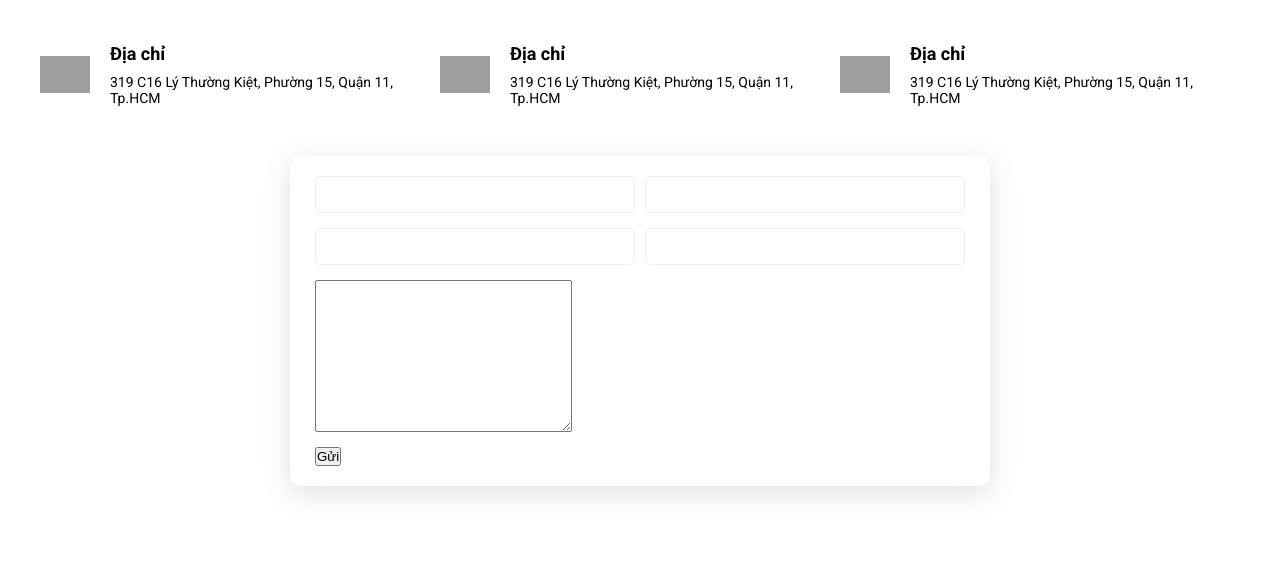
Repository: web345/WEBNANGCAO-clock-
Page: contact.html
An editor plug-in stored every save of this project. The page is shown before and after the next save, followed by the edit.
The browser window is 1280 px wide. The pictures show the part of the page from y = 678 to 1264 px (the page is 1264 px tall).
Pictures or frames that could not be fetched are drawn as grey boxes. Some web libraries are served in a nearby version.

Above is the page before, as saved 2021-09-10 20:27:20.

### contact.html
<!DOCTYPE html>
<html lang="en">
  <head>
    <meta charset="UTF-8" />
    <meta http-equiv="X-UA-Compatible" content="IE=edge" />
    <meta name="viewport" content="width=device-width, initial-scale=1.0" />
    <title>Document</title>
    <link rel="preconnect" href="https://fonts.gstatic.com" />
    <link
      href="https://fonts.googleapis.com/css2?family=Roboto:ital,wght@0,100;0,300;0,400;0,500;0,700;0,900;1,100;1,300;1,400;1,500;1,700;1,900&display=swap"
      rel="stylesheet"
    />
    <link rel="stylesheet" href="./CSS/index.css" />
    <link rel="stylesheet" href="./CSS/contact.css" />
    <link
      rel="stylesheet"
      href="https://cdnjs.cloudflare.com/ajax/libs/font-awesome/5.15.3/css/all.min.css"
    />
    <!-- thư viện slick slider  -->
    <link
      rel="stylesheet"
      type="text/css"
      href="//cdn.jsdelivr.net/npm/slick-carousel@1.8.1/slick/slick.css"
    />
  </head>
  <body>
    <header>
      <div class="header-1">
        <div class="container">
          <div class="header-1-s">
            <div class="header-1-item-1">
              <p class="header-1-item-text-1">
                <i class="fas fa-map-marker-alt icon"></i> 319 - C16 Lý Thường
                Kiệt, P.15, Q.11, Tp.HCM
              </p>
              <p class="header-1-item-text-1">
                <i class="fas fa-phone-alt icon"></i>
                <a href="" class="header-1-item-text-link">076 922 0162</a>
              </p>
            </div>
            <div class="header-1-item-1">
              <p class="header-1-item-text-2">
                <a href="" class="header-1-item-text-link"
                  ><i class="fab fa-facebook-f"></i
                ></a>
              </p>
              <p class="header-1-item-text-2">
                <a href="" class="header-1-item-text-link"
                  ><i class="fab fa-instagram"></i
                ></a>
              </p>
              <p class="header-1-item-text-2">
                <a href="" class="header-1-item-text-link"
                  ><i class="fab fa-twitter"></i
                ></a>
              </p>
            </div>
          </div>
        </div>
      </div>

      <div class="header-2">
        <div class="container">
          <div class="header-2-s">
            <div class="header-2-logo">
              <img src="./logo/logo-mona-2.png" alt="" />
            </div>

            <div class="header-2-search">
              <input type="text" placeholder="Tìm kiếm" />
              <button type="submit"><i class="fas fa-search"></i></button>
            </div>

            <div class="header-2-right">
              <p class="header-2-right-text">
                <a href=""><i class="fas fa-heart"></i></a>
              </p>
              <p class="header-2-right-cart">
                <span class="header-2-right-number">0</span>
              </p>
            </div>
          </div>
        </div>
      </div>

      <!-- lam phan icon de dropmenu khi responsive -->
      <input type="checkbox" id="toggle-menu" />
      <label for="toggle-menu" class="header-icon-responsive">
        <i class="fas fa-bars" id="header-icon1"></i>
        <i class="fas fa-times" id="header-icon2"></i>
      </label>
      <div class="header-3">
        <div class="header-3-s">
          <ul class="header-3-list">
            <li class="header-3-list-item active">
              <a href="./index.html" class="header-3-list-item-link"
                >Trang chủ</a
              >
            </li>
            <li class="header-3-list-item">
              <a href="./introduce.html" class="header-3-list-item-link"
                >Giới thiệu</a
              >
            </li>
            <li class="header-3-list-item">
              <a href="./product-boy.html" class="header-3-list-item-link"
                >đồng hồ nam</a
              >
            </li>
            <li class="header-3-list-item">
              <a href="./product-girl.html" class="header-3-list-item-link"
                >đồng hồ nữ</a
              >
            </li>
            <li class="header-3-list-item">
              <a href="./news.html" class="header-3-list-item-link">blogs</a>
            </li>
            <li class="header-3-list-item">
              <a href="./contact.html" class="header-3-list-item-link"
                >liên hệ</a
              >
            </li>
            <li class="header-3-list-item">
              <a href="" class="header-3-list-item-link">Đăng nhập</a>
            </li>
            <li class="header-3-list-item header-3-list-item-mobile">
              <div class="header-3-list-item-search">
                <input
                  type="text"
                  name=""
                  id=""
                  class="header-3-list-item-search-input"
                  placeholder="Tìm kiếm"
                />
                <button class="header-3-list-item-search-btn" type="submit">
                  <i class="fas fa-search"></i>
                </button>
              </div>
            </li>
          </ul>
        </div>
      </div>
    </header>
    <!-- hết phần header  -->

    <div class="contact">
      <div class="container">
        <div class="contact-maps">
          <div class="contact__maps-epu">
            <iframe
              src="https://www.google.com/maps/embed?pb=!1m18!1m12!1m3!1d3723.657060482336!2d105.78272751429809!3d21.04640359255304!2m3!1f0!2f0!3f0!3m2!1i1024!2i768!4f13.1!3m3!1m2!1s0x3135abb158a2305d%3A0x5c357d21c785ea3d!2zVHLGsOG7nW5nIMSQ4bqhaSBo4buNYyDEkGnhu4duIEzhu7Fj!5e0!3m2!1svi!2s!4v1631268219230!5m2!1svi!2s"
              width="1200"
              height="450"
              style="border: 0"
              allowfullscreen=""
              loading="lazy"
            ></iframe>
          </div>
        </div>
        <div class="contact-list">
          <div class="contact-item">
            <img src="./contact/contact1.PNG" alt="" class="contact-image" />
            <div class="contact-info">
              <h3 class="info-name">Địa chỉ</h3>
              <p class="info-desc">
                319 C16 Lý Thường Kiệt, Phường 15, Quận 11, Tp.HCM
              </p>
            </div>
          </div>
          <div class="contact-item">
            <img src="./contact/contact1.PNG" alt="" class="contact-image" />
            <div class="contact-info">
              <h3 class="info-name">Địa chỉ</h3>
              <p class="info-desc">
                319 C16 Lý Thường Kiệt, Phường 15, Quận 11, Tp.HCM
              </p>
            </div>
          </div>
          <div class="contact-item">
            <img src="./contact/contact1.PNG" alt="" class="contact-image" />
            <div class="contact-info">
              <h3 class="info-name">Địa chỉ</h3>
              <p class="info-desc">
                319 C16 Lý Thường Kiệt, Phường 15, Quận 11, Tp.HCM
              </p>
            </div>
          </div>
        </div>
        <form action="#">
          <div class="form-group">
            <input type="text" class="contact-form" />
            <input type="text" class="contact-form" />
          </div>
          <div class="form-group">
            <input type="text" class="contact-form" />
            <input type="text" class="contact-form" />
          </div>
          <div class="form-group">
            <textarea name="" id="" cols="30" rows="10"></textarea>
          </div>
          <button type="submit" class="btn-contact">Gửi</button>
        </form>
      </div>
    </div>

    <!-- làm phần footer  -->
    <!-- <footer>
      <div class="container">
        <div class="footer-s">
          <div class="row2">
            <div class="footer-item footer-item-1">
              <h2 class="footer-item-tittle">THÔNG TIN LIÊN HỆ</h2>
              <div class="footer-item-list">
                <div class="footer-item-list-item">
                  <div class="footer-item-list-item-icon">
                    <i class="fas fa-map-marker-alt"></i>
                  </div>
                  <div class="footer-item-list-item-text">
                    <p>
                      <a href=""
                        >319 C16 Lý Thường Kiệt, Phường 15, Quận 11, Tp.HCM</a
                      >
                    </p>
                  </div>
                </div>

                <div class="footer-item-list-item">
                  <div class="footer-item-list-item-icon">
                    <i class="fas fa-phone-alt"></i>
                  </div>
                  <div class="footer-item-list-item-text">
                    <p><a href="">076 922 0162</a></p>
                  </div>
                </div>

                <div class="footer-item-list-item">
                  <div class="footer-item-list-item-icon">
                    <i class="fas fa-envelope-open-text"></i>
                  </div>
                  <div class="footer-item-list-item-text">
                    <p><a href="">demonhunterg@gmail.com mon@mona.media</a></p>
                  </div>
                </div>

                <div class="footer-item-list-item">
                  <div class="footer-item-list-item-icon">
                    <i class="fab fa-skype"></i>
                  </div>
                  <div class="footer-item-list-item-text">
                    <p><a href="">demonhunterp</a></p>
                  </div>
                </div>
              </div>
              <div class="footer-item-icon">
                <div class="footer-item-icon-item footer-item-icon-item-face">
                  <a href=""><i class="fab fa-facebook-f"></i></a>
                </div>
                <div class="footer-item-icon-item footer-item-icon-item-insta">
                  <a href=""><i class="fab fa-instagram"></i></a>
                </div>
                <div
                  class="footer-item-icon-item footer-item-icon-item-twitter"
                >
                  <a href=""><i class="fab fa-twitter"></i></a>
                </div>
                <div class="footer-item-icon-item footer-item-icon-item-wifi">
                  <a href=""><i class="fas fa-wifi"></i></a>
                </div>
                <div class="footer-item-icon-item footer-item-icon-item-linked">
                  <a href=""><i class="fab fa-linkedin-in"></i></a>
                </div>
              </div>
            </div>

            <div class="footer-item footer-item-1">
              <h2 class="footer-item-tittle">LIÊN KẾT</h2>
              <div class="footer-item-list">
                <div class="footer-item-list-item">
                  <div class="footer-item-list-item-text">
                    <p><a href="./introduce.html">Giới thiệu</a></p>
                  </div>
                </div>

                <div class="footer-item-list-item">
                  <div class="footer-item-list-item-text">
                    <p><a href="./product-boy.html">Đồng hồ nam</a></p>
                  </div>
                </div>

                <div class="footer-item-list-item">
                  <div class="footer-item-list-item-text">
                    <p><a href="./product-girl.html">Đồng hồ nữ</a></p>
                  </div>
                </div>

                <div class="footer-item-list-item">
                  <div class="footer-item-list-item-text">
                    <p><a href="./news.html">Blogs</a></p>
                  </div>
                </div>

                <div class="footer-item-list-item">
                  <div class="footer-item-list-item-text">
                    <p><a href="./contact.html">Liên hệ</a></p>
                  </div>
                </div>
              </div>
            </div>

            <div class="footer-item footer-item-1">
              <h2 class="footer-item-tittle">HỖ TRỢ</h2>
              <div class="footer-item-list">
                <div class="footer-item-list-item">
                  <div class="footer-item-list-item-text">
                    <p><a href="./introduce.html">Hướng dẫn mua hàng</a></p>
                  </div>
                </div>

                <div class="footer-item-list-item">
                  <div class="footer-item-list-item-text">
                    <p><a href="./introduce.html">Hướng dẫn thanh toán</a></p>
                  </div>
                </div>

                <div class="footer-item-list-item">
                  <div class="footer-item-list-item-text">
                    <p><a href="./introduce.html">Chính sách bảo hành</a></p>
                  </div>
                </div>

                <div class="footer-item-list-item">
                  <div class="footer-item-list-item-text">
                    <p><a href="./introduce.html">Chính sách đổi trả</a></p>
                  </div>
                </div>

                <div class="footer-item-list-item">
                  <div class="footer-item-list-item-text">
                    <p><a href="./contact.html">Tư vấn khách hàng</a></p>
                  </div>
                </div>
              </div>
            </div>

            <div class="footer-item footer-item-4">
              <h2 class="footer-item-tittle">TẢI ỨNG DỤNG TRÊN</h2>
              <div class="footer-item-list">
                <div class="footer-item-list-item">
                  <div class="footer-item-list-item-text">
                    <p>
                      <a href=""
                        >Ứng dụng Mona Watch hiện có sẵn trên Google Play & App
                        Store. Tải nó ngay.</a
                      >
                    </p>
                  </div>
                </div>

                <div class="footer-item-list-item">
                  <img
                    class="footer-item-list-item-img"
                    src="http://mauweb.monamedia.net/donghohaitrieu/wp-content/uploads/2019/07/img-googleplay.jpg"
                    alt=""
                  />
                </div>

                <div class="footer-item-list-item">
                  <img
                    class="footer-item-list-item-img"
                    src="http://mauweb.monamedia.net/donghohaitrieu/wp-content/uploads/2019/07/img-appstore.jpg"
                    alt=""
                  />
                </div>
              </div>
            </div>
          </div>
        </div>
      </div>
      <h3 class="footer-banquyen">Lương Ngọc Vinh - Nguyễn Huy Hoàng</h3>
    </footer> -->

    <!-- thư viện js của jquery -->
    <script src="https://cdnjs.cloudflare.com/ajax/libs/jquery/3.6.0/jquery.min.js"></script>
    <!-- thư viện js của AOS -->
    <script src="https://cdnjs.cloudflare.com/ajax/libs/aos/2.0.2/aos.js"></script>
    <script>
      AOS.init({
        offset: 120,
        duration: 500,
      });
    </script>
    <!-- thư viện js của slick slider -->
    <script
      type="text/javascript"
      src="//cdn.jsdelivr.net/npm/slick-carousel@1.8.1/slick/slick.min.js"
    ></script>
    <script>
      $(document).ready(function () {
        $(".single-item").slick({
          autoplay: true,
          autoplaySpeed: 2000,
          prevArrow: ".main-banner-arrow-left",
          nextArrow: ".main-banner-arrow-right",
        });

        $(".responsive").slick({
          dots: false,
          infinite: true,
          speed: 300,
          slidesToShow: 4,
          slidesToScroll: 4,
          prevArrow: ".main-3-tittle-arrow-left",
          nextArrow: ".main-3-tittle-arrow-right",
          autoplay: true,
          autoplaySpeed: 1500,
          responsive: [
            {
              breakpoint: 1024,
              settings: {
                slidesToShow: 3,
                slidesToScroll: 3,
                infinite: true,
                dots: false,
              },
            },
            {
              breakpoint: 680,
              settings: {
                slidesToShow: 2,
                slidesToScroll: 2,
              },
            },
            {
              breakpoint: 480,
              settings: {
                slidesToShow: 1,
                slidesToScroll: 1,
              },
            },
            // You can unslick at a given breakpoint now by adding:
            // settings: "unslick"
            // instead of a settings object
          ],
        });
      });
    </script>
  </body>
</html>

### CSS/contact.css
.contact {
  margin-top: 30px;
  margin-bottom: 100px;
}

.contact-list {
  margin-top: 40px;
  display: flex;
  justify-content: space-between;
}
.contact-item {
  display: flex;
  align-items: center;
}

.contact-item img {
  width: 50px;
  margin-right: 20px;
}

h3.info-name {
  font-size: 18px;
  margin-bottom: 10px;
}

form {
  max-width: 700px;
  width: 100%;
  margin: 50px auto 0;
  background-color: #fff;
  box-shadow: rgba(100, 100, 111, 0.2) 0px 7px 29px 0px;
  padding: 20px 25px;
  border-radius: 10px;
}

.form-group {
  display: flex;
  align-items: center;
  gap: 10px;
  margin-bottom: 15px;
}

.form-group input {
  width: 50%;
  padding: 10px 15px;
  outline: none;
  border: 1px solid #eee;
  border-radius: 5px;
  transition: all 0.25s linear;
}

.form-group input:focus {
  border-color: #3d6ef7;
}

Loaded but not shown: CSS/index.css (1088 lines, source omitted)

After the next save:
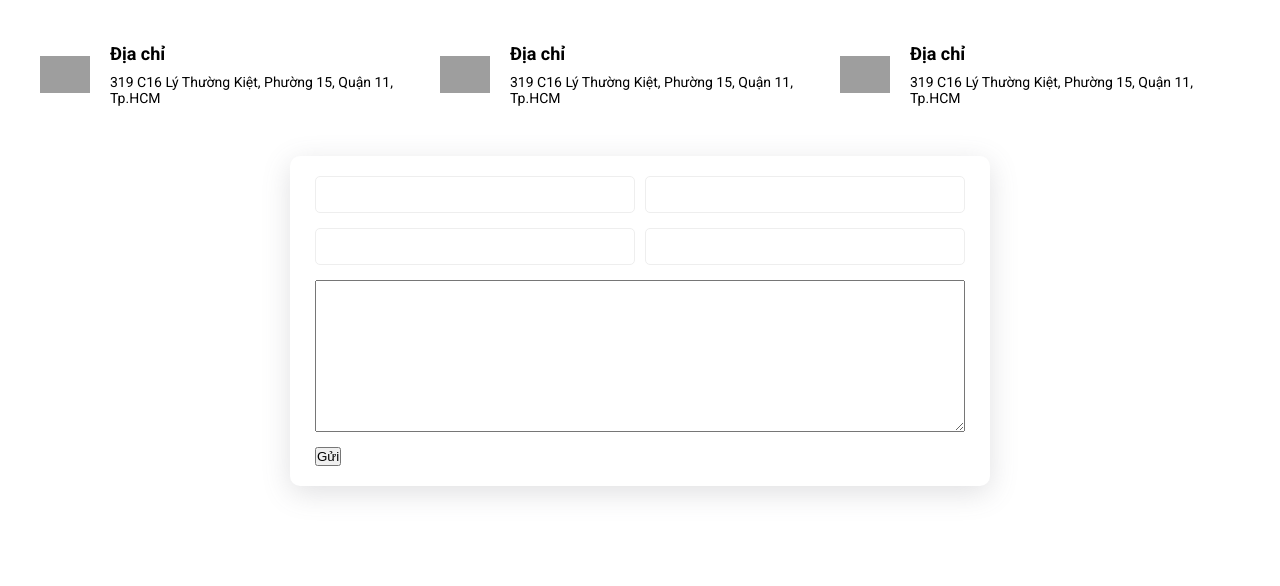
Saved 28 s later.
--- a/CSS/contact.css
+++ b/CSS/contact.css
@@ -52,3 +52,7 @@ form {
 .form-group input:focus {
   border-color: #3d6ef7;
 }
+
+.form-group textarea {
+  width: 100%;
+}
